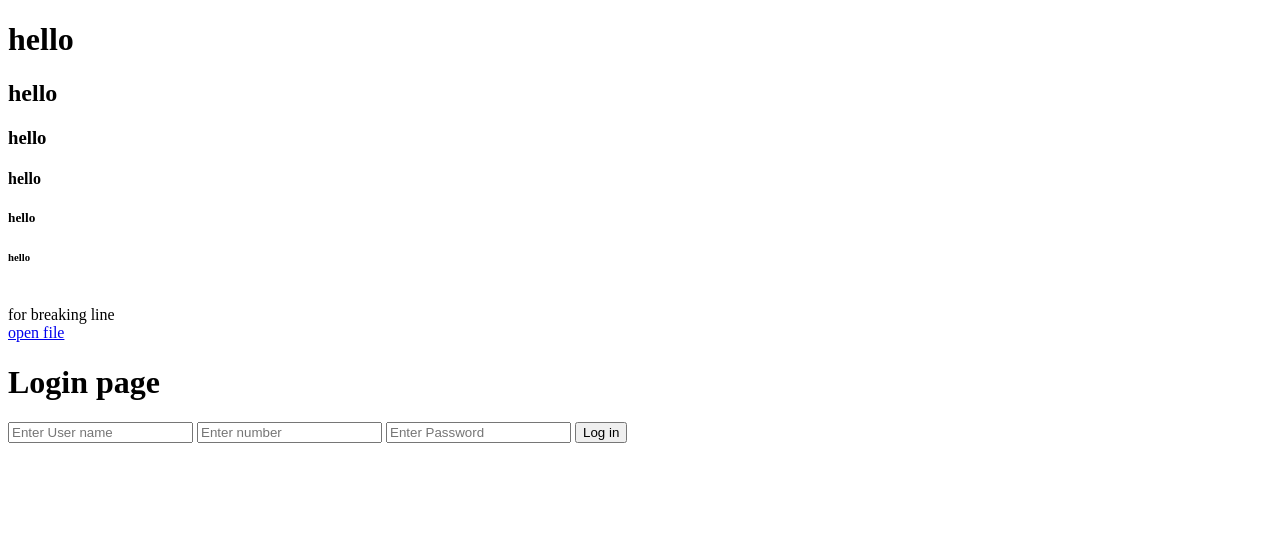
Repository: kajol-thakur5/backend_proj
Page: myfirstwebapp/WebContent/index.html
An editor plug-in stored every save of this project. The page is shown before and after the next save, followed by the edit.
The browser window is 1280 px wide. The pictures show the whole page.

Above is the page before, as saved 2023-01-31 10:46:52.

### myfirstwebapp/WebContent/index.html
<!DOCTYPE html>
<html>
<head>
<meta charset="ISO-8859-1">
<title>Insert title here</title>
</head>
<body>
<h1>hello</h1>
<h2>hello</h2>
<h3>hello</h3>
<h4>hello</h4>
<h5>hello</h5>
<h6>hello</h6>
<br>
for breaking line<br>
<a href="https://lms.simplilearn.com/courses/3851/Become-a-back-end-expert/syllabus">open file</a>
<br>
<form action="" method="post">
<h1>Login page</h1>
<input type="text" name="username" placeholder="Enter User name">
<input type="number" name="number" placeholder="Enter number">
<input type="password" name="password" placeholder="Enter Password">
<input type="submit" value="Log in">
</form>
</body>
</html>

After the next save:
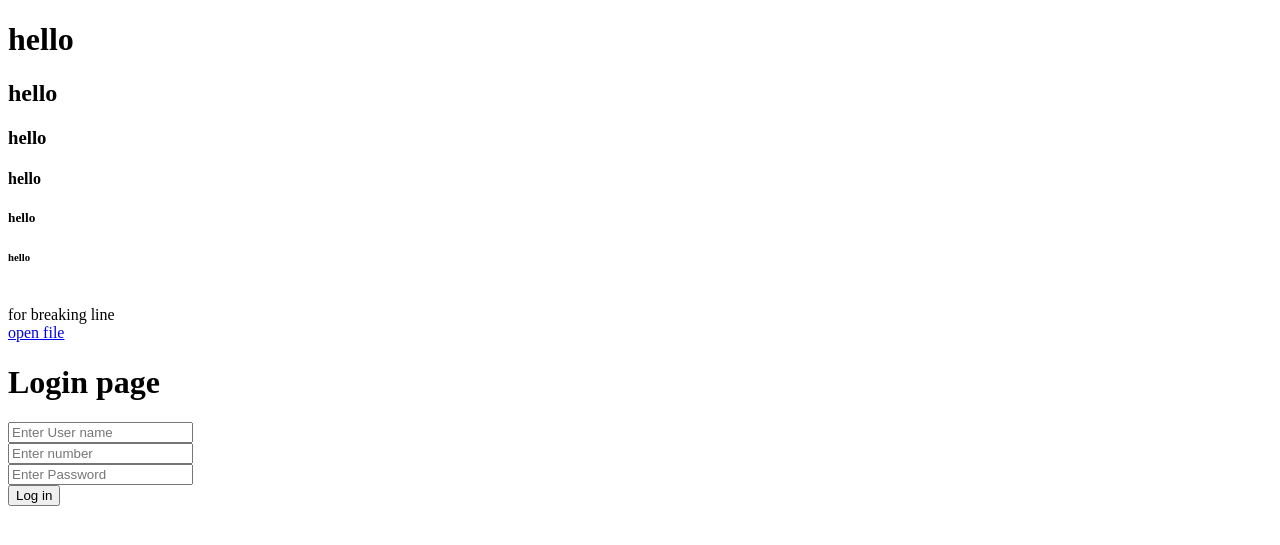
Saved 28 s later.
--- a/myfirstwebapp/WebContent/index.html
+++ b/myfirstwebapp/WebContent/index.html
@@ -17,9 +17,9 @@ for breaking line<br>
 <br>
 <form action="" method="post">
 <h1>Login page</h1>
-<input type="text" name="username" placeholder="Enter User name">
-<input type="number" name="number" placeholder="Enter number">
-<input type="password" name="password" placeholder="Enter Password">
+<input type="text" name="username" placeholder="Enter User name"><br>
+<input type="number" name="number" placeholder="Enter number"><br>
+<input type="password" name="password" placeholder="Enter Password"><br>
 <input type="submit" value="Log in">
 </form>
 </body>
